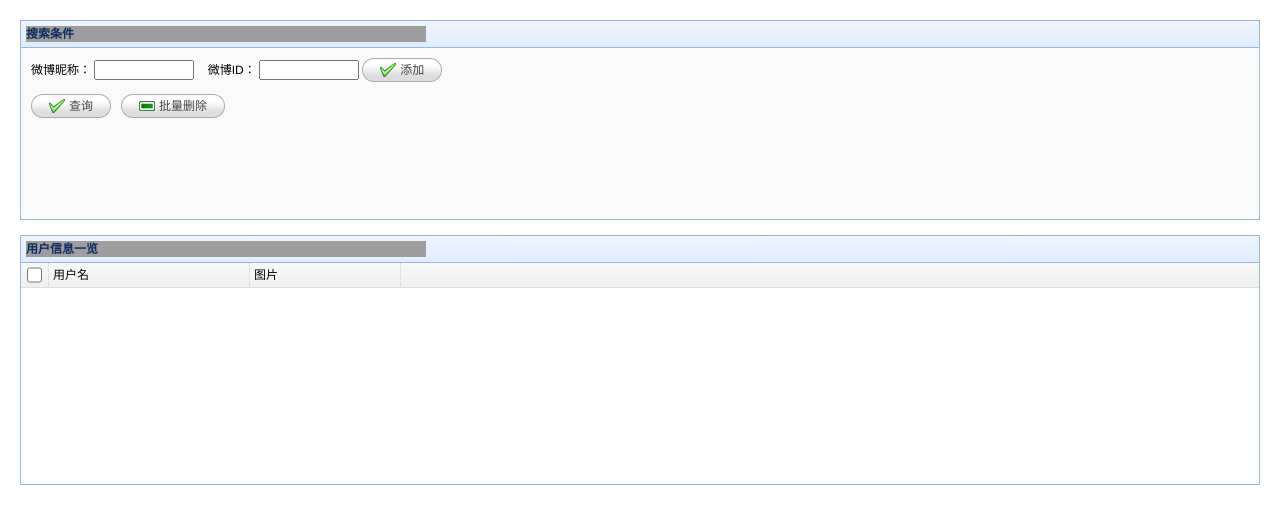
Repository: xusam/mm
Page: webservice2012.5.16/webservice/Momogril/WebRoot/mainview/searchgril.html
These files come from the project's save history. The page is drawn as it stood at one moment and after the next save; the edit follows.
The browser window is 1280 px wide. The pictures show the whole page.
Pictures or frames that could not be fetched are drawn as grey boxes.

Above is the page before, as saved 2013-05-15 15:08:33.
Console error: ReferenceError: $ is not defined

After the next save:
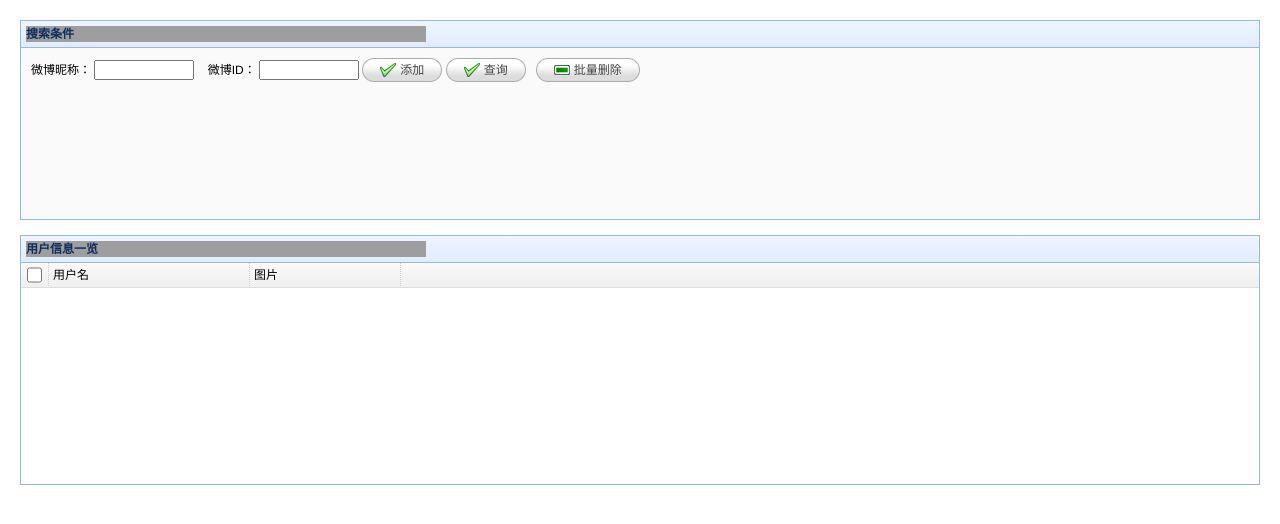
Saved 43 s later.
--- a/webservice2012.5.16/webservice/Momogril/WebRoot/mainview/searchgril.html
+++ b/webservice2012.5.16/webservice/Momogril/WebRoot/mainview/searchgril.html
@@ -29,12 +29,12 @@
 
 
 			<a href="javascript:void(0)" class="easyui-linkbutton" icon="icon-ok" onclick="doSave();">添加</a>
-			<p>
+
 			<a href="javascript:void(0)" class="easyui-linkbutton" icon="icon-ok" onclick="doSearch();">查询</a>
 
 				&nbsp;&nbsp;<a href="javascript:void(0)" class="easyui-linkbutton" icon="icon-remove" onclick="doAllDelegate();">批量删除</a>
 				&nbsp;&nbsp;<label id="loadmessags"></label>
-				</p>
+
 		</div>
 <br>
 <table class="easyui-datagrid" style="height:250px"  id="tt" title="用户信息一览"   >
